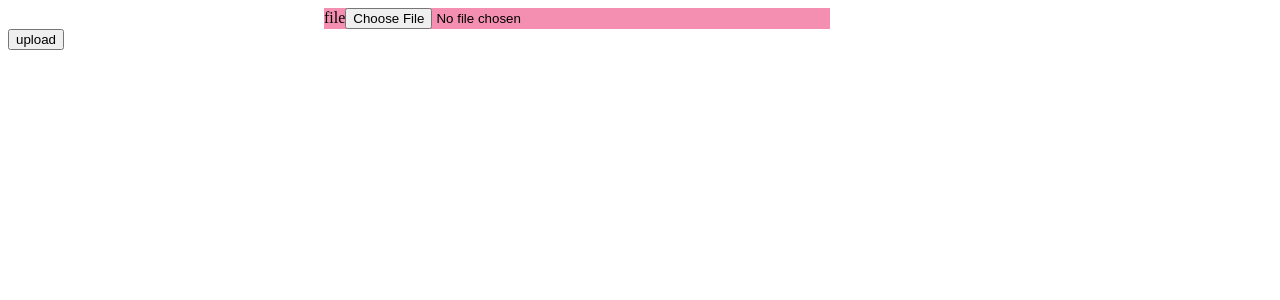
Repository: jocarosa/meta-data
Page: http://localhost/
The author's editor kept a record of every edit. The page is drawn from the files as they stood at one moment, then again after the next edit.
The browser window is 1280 px wide. The pictures show the whole page.
The page is served by the project's Node server (meta.js).

Above is the page before.

### views/index.jade
html
  head
    style
        include css/style.css


  body
      form(action='/',method='post', enctype="multipart/form-data")

        div(id='hiddendiv',data-role='fieldcontain')
            label(for='hidden_password') file
            input(id='hidden_password',type='file',value='file' name="myfile")

        div(data-role='fieldcontain')
            input(type='submit',value='upload',data-transition='fade', data-theme='c')


include ./script.jade

### views/css/style.css
#hiddendiv{
    width:40%;
    background-color: #F48FB1;
    margin-left: 25%;
}

submit{
    float              :left;
    padding            : 10px;
    background-color   : #880E4F;
}

### views/script.jade
script.
      if ('#{message}')
         alert('#{message}')

### meta.js
var express     = require('express');
var app         = express();
var multer      = require('multer');
var upload      = multer({ dest: './public/uploads/' });
var size;

app.set('view engine', 'jade');


app.get('/',function(req,res){
    res.render('index.jade');
});


//routes

app.post('/',upload.single('myfile'), function (req, res) {

    size    = 'the size is '+req.file.size;
    res.render('index.jade',{message:size});

});



var port = process.env.PORT || 8080;
app.listen(port,  function () {
	console.log('Node.js listening on port ' + port + '...');
});

After the next edit:
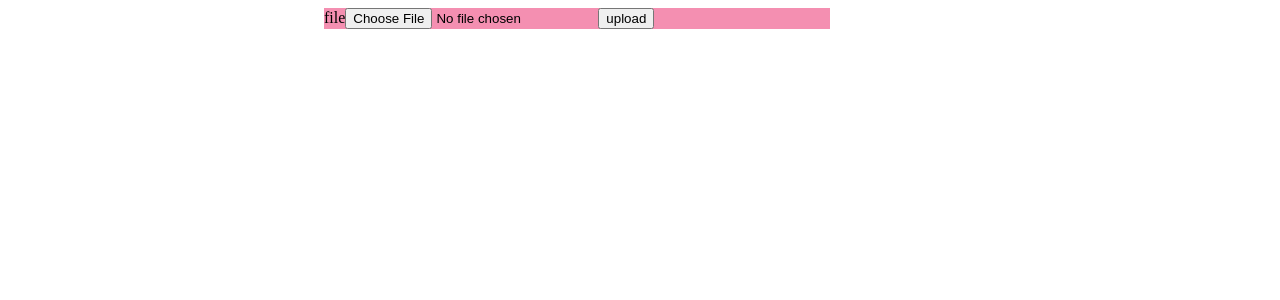
The edit:
--- a/views/index.jade
+++ b/views/index.jade
@@ -11,7 +11,6 @@
             label(for='hidden_password') file
             input(id='hidden_password',type='file',value='file' name="myfile")
 
-        div(data-role='fieldcontain')
             input(type='submit',value='upload',data-transition='fade', data-theme='c')
 
 
